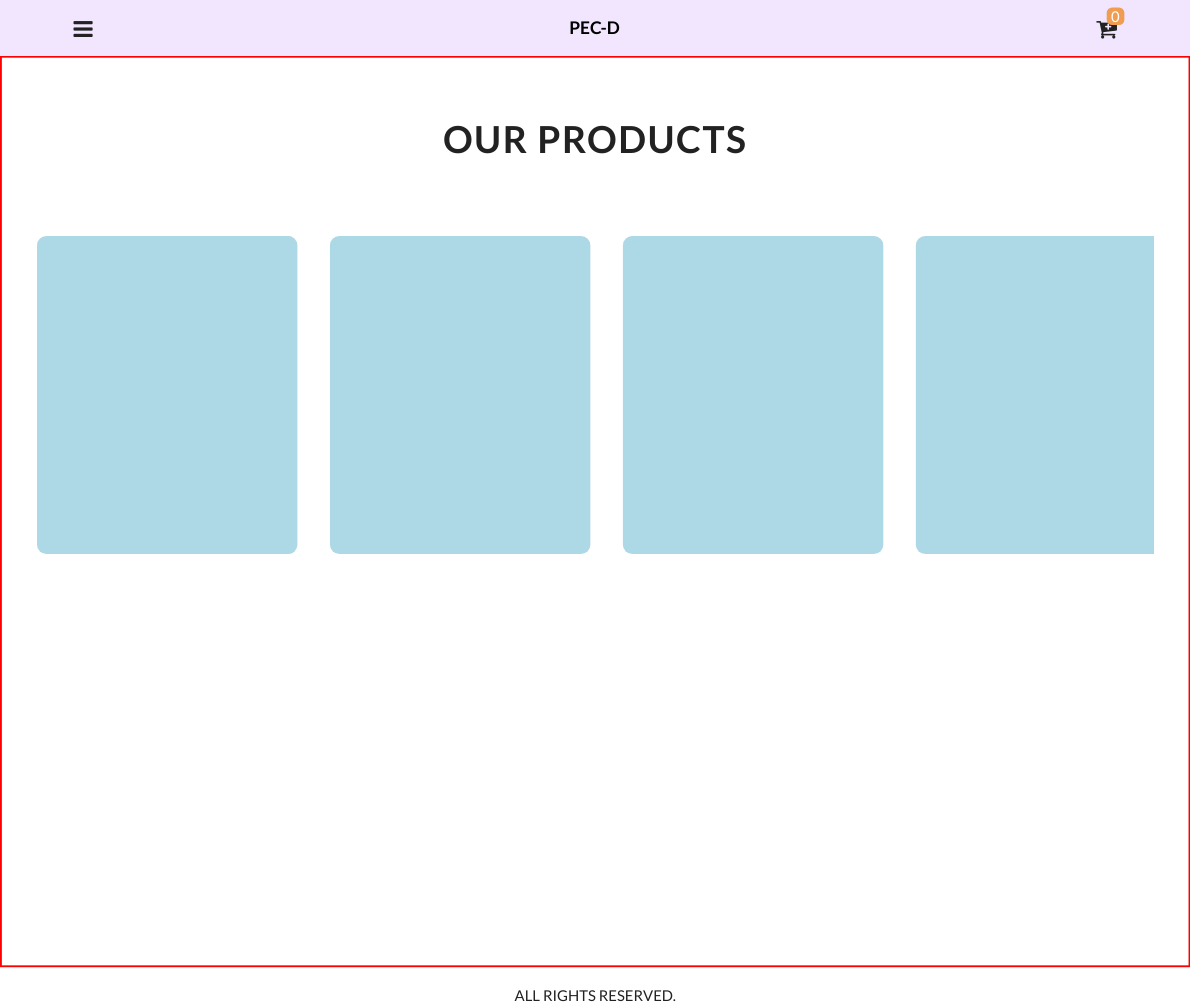
Repository: CHIR4G7/PEC-D
Page: public/index.html
An editor plug-in stored every save of this project. The page is shown before and after the next save, followed by the edit.
The browser window is 1280 px wide. The pictures show the whole page, at 93% of full size.

Above is the page before, as saved 2023-07-08 01:07:34.

After the next save:
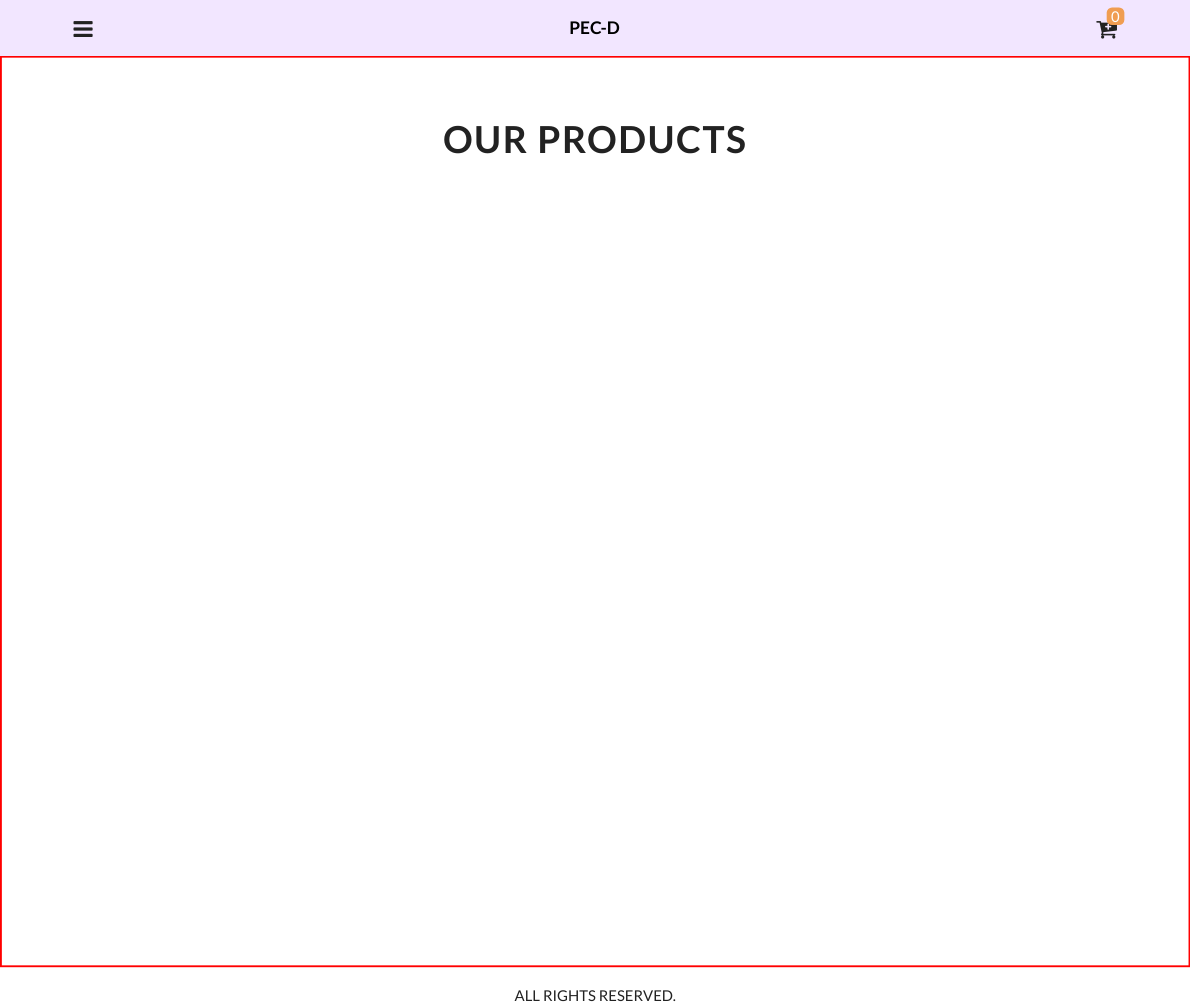
Saved 31 s later.
--- a/public/index.html
+++ b/public/index.html
@@ -46,8 +46,8 @@
         <div class="body1">
             <div class="content">
                 <ul class="content-inner">
-                    <li class="card">
-                        <!-- <article class="product">
+                    <!-- <li class="card">
+                        <article class="product">
                             <div class="img-container">
                                 <img src="/images/product-1.jpeg" alt="product" class="product-img">
                                 <button class="bag-btn" data-id="1">
@@ -57,10 +57,10 @@
                             </div>
                             <h3>add name</h3>
 
-                        </article> -->
+                        </article>
                     </li>
                     <li class="card">
-                        <!-- <article class="product">
+                        <article class="product">
                             <div class="img-container">
                                 <img src="/images/product-1.jpeg" alt="product" class="product-img">
                                 <button class="bag-btn" data-id="1">
@@ -70,10 +70,10 @@
                             </div>
                             <h3>add name</h3>
 
-                        </article> -->
+                        </article>
                     </li>
                     <li class="card">
-                        <!-- <article class="product">
+                        <article class="product">
                             <div class="img-container">
                                 <img src="/images/product-1.jpeg" alt="product" class="product-img">
                                 <button class="bag-btn" data-id="1">
@@ -83,21 +83,9 @@
                             </div>
                             <h3>add name</h3>
 
-                        </article> -->
-                    </li>
-                    <li class="card">
-                        <!-- <article class="product">
-                            <div class="img-container">
-                                <img src="/images/product-1.jpeg" alt="product" class="product-img">
-                                <button class="bag-btn" data-id="1">
-                                    <i class="fa fa-shopping-cart"></i>
-                                    add to bag.
-                                </button>
-                            </div>
-                            <h3>add name</h3>
-
-                        </article> -->
-                    </li>
+                        </article>
+                    </li> -->
+
                 </ul>
             </div>
         </div>
